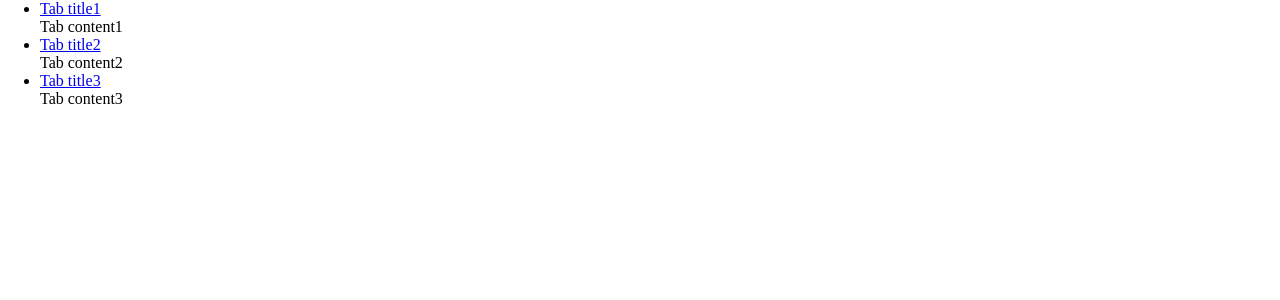
Repository: Axing00/JS_TAB_MENU
Page: index.html
The author's editor kept a copy of each file at every save. The page is drawn from the files as they stood at one save, then again after the next save.
The browser window is 1280 px wide. The pictures show the whole page.

Above is the page before, as saved 2023-03-17 13:14:40.

### index.html
<!DOCTYPE html>
<html lang="ko">

<head>
	<meta charset="UTF-8">
	<meta http-equiv="X-UA-Compatible" content="IE=edge">
	<meta name="viewport" content="width=device-width, initial-scale=1.0">
	<link rel="stylesheet" href="./style.css">
	<title>JS TAB MENU</title>
</head>

<body>
	<div id="wrap">
		<div class="tab_menu">
			<ul class="list">
				<li class="is_on">
					<a href="#tab1" class="btn">Tab title1</a>
					<div id="tab1" class="cont">
						Tab content1
					</div>
				</li>
				<li>
					<a href="#tab2" class="btn">Tab title2</a>
					<div id="tab2" class="cont">
						Tab content2
					</div>
				</li>
				<li>
					<a href="#tab3" class="btn">Tab title3</a>
					<div id="tab3" class="cont">
						Tab content3
					</div>
				</li>
			</ul>
		</div>

	</div>
</body>

</html>

### style.css
* {
	margin: 0 auto;
}

.tab_menu {
	position: relative;
}

.tab_menu .list {
	overflow: hidden;
}

After the next save:
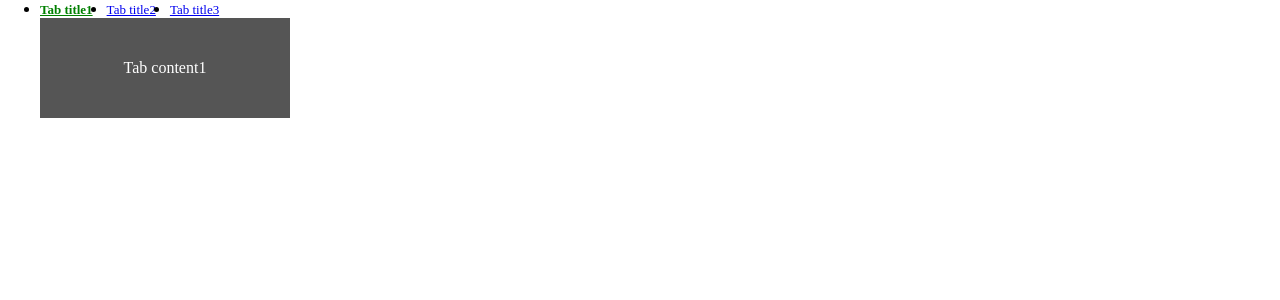
Saved 67 s later.
--- a/style.css
+++ b/style.css
@@ -9,3 +9,32 @@
 .tab_menu .list {
 	overflow: hidden;
 }
+
+.tab_menu .list li {
+	float: left;
+}
+
+.tab_menu .list .btn {
+	font-size: 13px;
+	margin-right: 14px;
+}
+
+.tab_menu .list .cont {
+	display: none;
+	position: absolute;
+	background: #555;
+	color: #fff;
+	text-align: center;
+	width: 250px;
+	height: 100px;
+	line-height: 100px;
+}
+
+.tab_menu .list li.is_on .btn {
+	font-weight: bold;
+	color: green;
+}
+
+.tab_menu .list li.is_on .cont {
+	display: block;
+}
